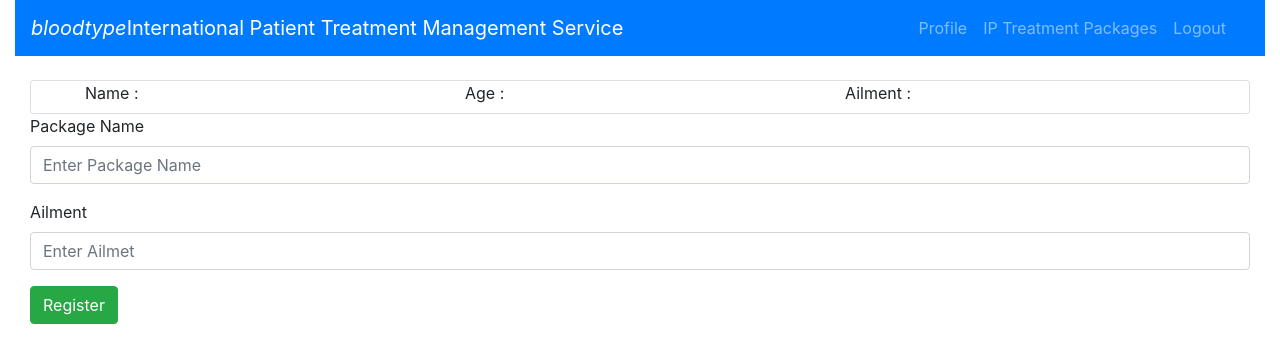
Repository: Vineet2408/POD-Cognizant
Page: http://localhost/iptms-UIportal/WEB-INF/view/IPTreatmentPackagesServices.jsp
These files come from the project's save history. The page is drawn as it stood at one moment and after the next save; the edit follows.
The browser window is 1280 px wide. The pictures show the whole page.
The page is served by Tomcat 9. Nobody is signed in. The template is opened directly, without the code that normally fills it, so the values that code supplies are empty.

Above is the page before, as saved 2021-03-07 15:51:41.

After the next save:
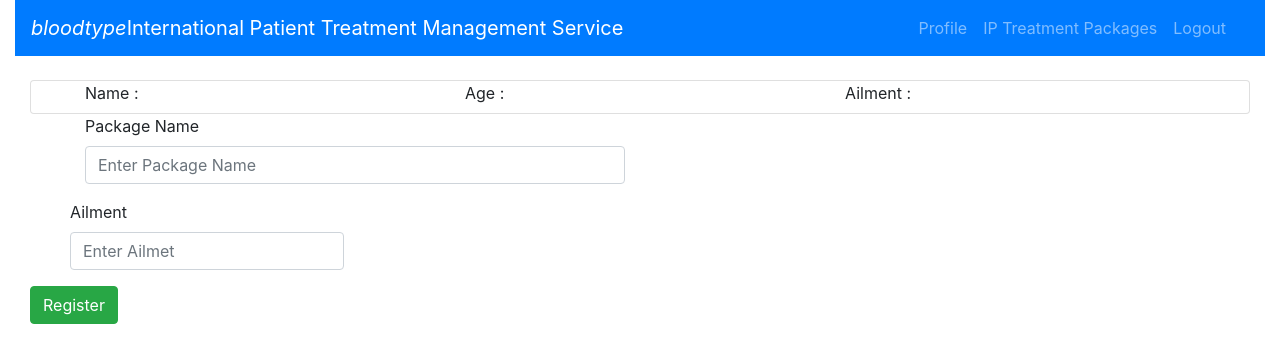
Saved 2 min 16 s later.
--- a/iptms-UIportal/src/main/webapp/WEB-INF/view/IPTreatmentPackagesServices.jsp
+++ b/iptms-UIportal/src/main/webapp/WEB-INF/view/IPTreatmentPackagesServices.jsp
@@ -35,15 +35,24 @@
 	</div>
 	<div class="container-fluid">
 		<form action="/searchPackage">
-		<div class="container"></div>
-			<div class="form-group">
-				<label for="packageName">Package Name</label>
-				<input type="text" class="form-control" id="packageName" name="packageName" placeholder="Enter Package Name">
+			<div class="container">
+				<div class="row">
+					<div class="col-md-6">
+						<div class="form-group">
+							<label for="packageName">Package Name</label>
+							<input type="text" class="form-control" id="packageName" name="packageName" placeholder="Enter Package Name">
+						</div>
+					</div>
+					<div class="col-md-6">
+					</div>
+						<div class="form-group">
+							<label for="ailmet">Ailment</label>
+							<input type="number" class="form-control" id="ailmet" name="ailmet" placeholder="Enter Ailmet">
+						</div>
+					</div>
 			</div>
-			<div class="form-group">
-				<label for="ailmet">Ailment</label>
-				<input type="number" class="form-control" id="ailmet" name="ailmet" placeholder="Enter Ailmet">
-			</div>
+
+
 
 			<button type="submit" class="btn btn-success">Register </button>
 		</form>
